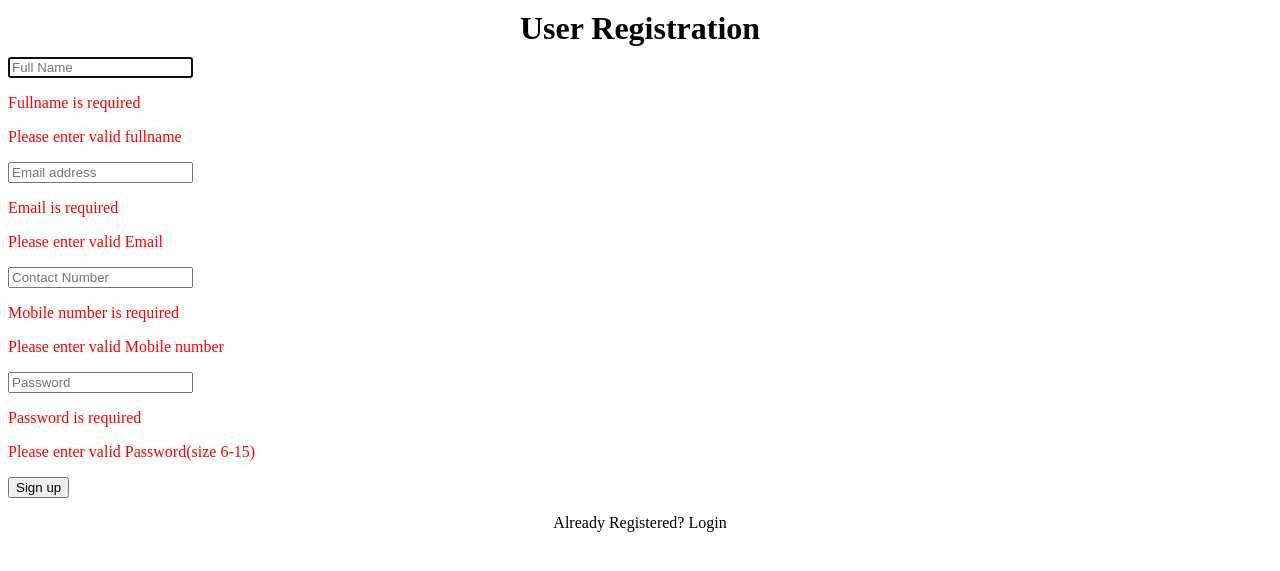
Repository: sagarpatil11/ToDo
Page: todo/src/main/webapp/templates/userregistration.html
The author's editor kept a copy of each file at every save. The page is drawn from the files as they stood at one save, then again after the next save.
The browser window is 1280 px wide. The pictures show the whole page.

Above is the page before, as saved 2017-07-21 12:35:48.

### todo/src/main/webapp/templates/userregistration.html
<div class="container">
        <div class="card card-container">

            <h1 style="text-align: center;margin:10px">User Registration</h1>

            <form name="regform" class="form-signin" method="post">

            	<div class="form-group">
            		<input type="text" name="fullname" data-ng-model="fullname" data-ng-pattern="/^[a-zA-Z ]*$/" id="fullname" class="form-control" placeholder="Full Name" required autofocus>
                	<p><span data-ng-show="regform.fullname.$error.required && regform.fullname.$touched" style="color: red">Fullname is required</span></p>
               		 <p><span data-ng-show="regform.fullname.$error.pattern" style="color: red">Please enter valid fullname</span></p>
 				</div>

               	<div class="form-group">
                	<input type="email" name="email" data-ng-model="email" data-ng-pattern="/^[a-z]+[a-z0-9._]+@[a-z]+\.[a-z.]{2,5}$/" id="inputEmail" class="form-control" placeholder="Email address" required >
               		<p><span data-ng-show="regform.email.$error.required && regform.email.$touched" style="color: red">Email is required</span></p>
               		<p><span data-ng-show="regform.email.$error.pattern" style="color: red">Please enter valid Email</span></p>
               	</div>

               	<div class="form-group">
                	<input type="text" name="mobile" data-ng-model="mobile" data-ng-pattern="/^[0-9]{10}$/" id="mobile" class="form-control" placeholder="Contact Number" required >
               		<p><span data-ng-show="regform.mobile.$error.required && regform.mobile.$touched" style="color: red">Mobile number is required</span></p>
               		<p><span data-ng-show="regform.mobile.$error.pattern" style="color: red">Please enter valid Mobile number</span></p>
               	</div>

               	<div class="form-group">
               		<input type="password" name="password" data-ng-model="password" data-ng-minlength="6" data-ng-maxlength="15" id="inputPassword" class="form-control" placeholder="Password" required>
                	<p><span data-ng-show="regform.password.$error.required && regform.password.$touched" style="color: red">Password is required</span></p>
               		<p><span data-ng-show="regform.password.$error.minlength || regform.password.$error.maxlength" style="color: red">Please enter valid Password(size 6-15)</span></p>
               	</div>

                <button class="btn btn-primary btn-block btn-signup" type="submit" data-ng-disabled="regform.$invalid" data-ng-click="signUp()">Sign up</button>

            </form>

            <p style="text-align: center;">Already Registered?<a ui-sref="login"> Login</a></p>
        </div>
</div>

After the next save:
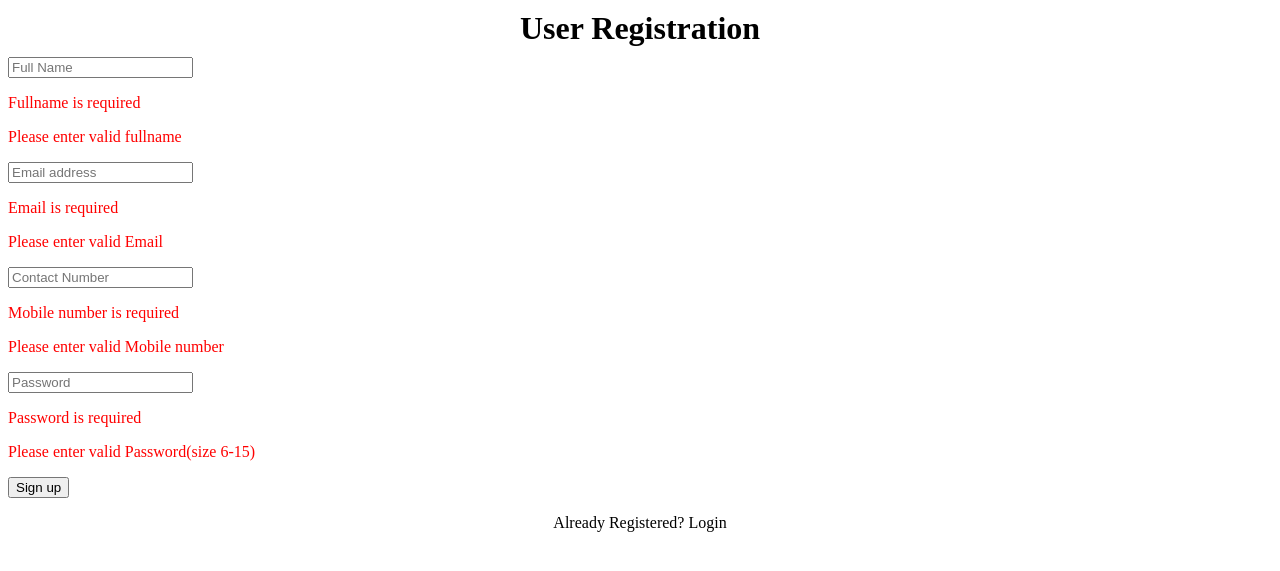
Saved 5 min 6 s later.
--- a/todo/src/main/webapp/templates/userregistration.html
+++ b/todo/src/main/webapp/templates/userregistration.html
@@ -6,7 +6,7 @@
             <form name="regform" class="form-signin" method="post">
 
             	<div class="form-group">
-            		<input type="text" name="fullname" data-ng-model="fullname" data-ng-pattern="/^[a-zA-Z ]*$/" id="fullname" class="form-control" placeholder="Full Name" required autofocus>
+            		<input type="text" name="fullname" data-ng-model="fullname" data-ng-pattern="/^[a-zA-Z ]*$/" id="fullname" class="form-control" placeholder="Full Name" required>
                 	<p><span data-ng-show="regform.fullname.$error.required && regform.fullname.$touched" style="color: red">Fullname is required</span></p>
                		 <p><span data-ng-show="regform.fullname.$error.pattern" style="color: red">Please enter valid fullname</span></p>
  				</div>
